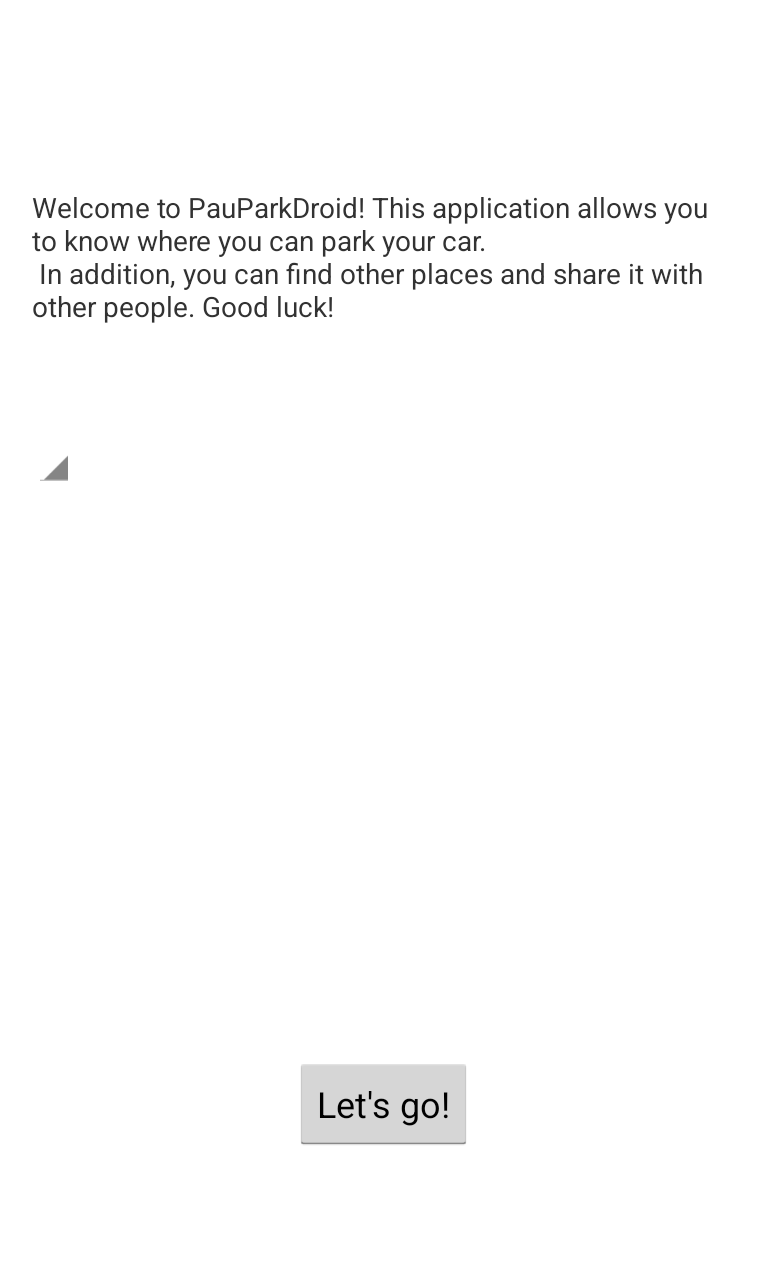
Repository: arrotacon/PauParkAndroid
Layout: PauPark_Workspace/PauParkDroid/res/layout/activity_home.xml
An editor plug-in stored every save of this project. The layout is shown before and after the next save, followed by the edit.
It is drawn on a 768 x 1280 px phone screen (xhdpi) without system bars, with theme AppTheme; the app's code is not run.

Above is the layout before, as saved 2014-12-01 12:14:26.

### PauPark_Workspace/PauParkDroid/res/layout/activity_home.xml
<RelativeLayout xmlns:android="http://schemas.android.com/apk/res/android"
    xmlns:tools="http://schemas.android.com/tools"
    android:layout_width="match_parent"
    android:layout_height="match_parent"
    android:paddingBottom="@dimen/activity_vertical_margin"
    android:paddingLeft="@dimen/activity_horizontal_margin"
    android:paddingRight="@dimen/activity_horizontal_margin"
    android:paddingTop="@dimen/activity_vertical_margin"
    tools:context="fr.univpau.pauparkdroid.Home" >

    <TextView
        android:id="@+id/textView1"
        android:layout_width="wrap_content"
        android:layout_height="wrap_content"
        android:layout_alignParentTop="true"
        android:layout_centerHorizontal="true"
        android:layout_marginTop="78dp"
        android:text="@string/welcome" />

    <Spinner
        android:id="@+id/spinner1"
        android:layout_width="wrap_content"
        android:layout_height="wrap_content"
        android:layout_alignLeft="@+id/textView1"
        android:layout_below="@+id/textView1"
        android:layout_marginTop="50dp" />

    <Button
        android:id="@+id/button1"
        android:layout_width="wrap_content"
        android:layout_height="wrap_content"
        android:layout_alignParentBottom="true"
        android:layout_centerHorizontal="true"
        android:layout_marginBottom="48dp"
        android:text="@string/home_button" />

</RelativeLayout>

### PauPark_Workspace/PauParkDroid/res/values/strings.xml
<?xml version="1.0" encoding="utf-8"?>
<resources>

    <string name="app_name">PauParkDroid</string>
    <string name="title_activity_home">PauParkDroid</string>
    <string name="hello_world">Hello world!</string>
    <string name="action_settings">Settings</string>
    <string name="welcome">Welcome to PauParkDroid! This application allows you to know where you can park your car.\n
        In addition, you can find other places and share it with other people. Good luck!</string>
        <string name="home_button">Let\'s go!</string>

</resources>

Loaded but not shown: PauPark_Workspace/PauParkDroid/res/values/styles.xml (common file); PauPark_Workspace/PauParkDroid/res/values-v11/styles.xml (common file); PauPark_Workspace/PauParkDroid/res/values-v14/styles.xml (common file); PauPark_Workspace/PauParkDroid/res/values/dimens.xml (common file); PauPark_Workspace/PauParkDroid/res/values-w820dp/dimens.xml (common file)

After the next save:
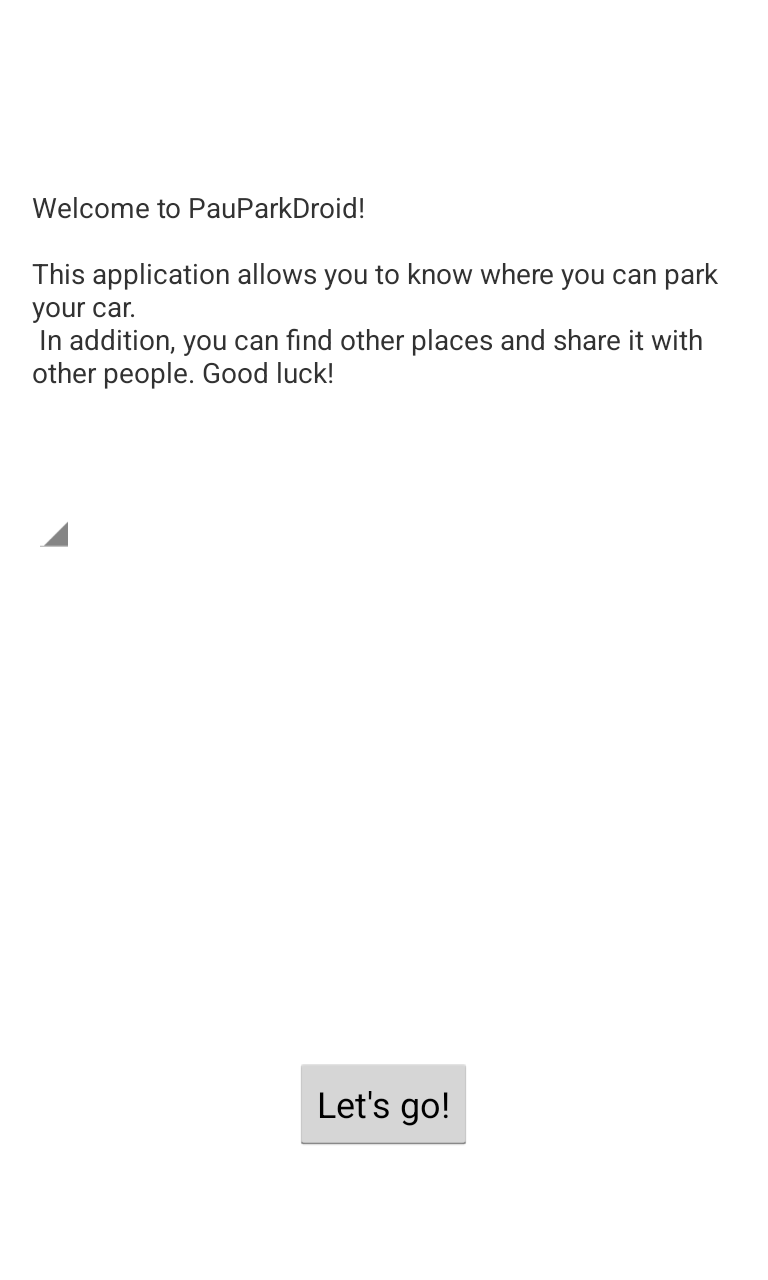
Saved 72 s later.
--- a/PauPark_Workspace/PauParkDroid/res/values/strings.xml
+++ b/PauPark_Workspace/PauParkDroid/res/values/strings.xml
@@ -5,7 +5,7 @@
     <string name="title_activity_home">PauParkDroid</string>
     <string name="hello_world">Hello world!</string>
     <string name="action_settings">Settings</string>
-    <string name="welcome">Welcome to PauParkDroid! This application allows you to know where you can park your car.\n
+    <string name="welcome">Welcome to PauParkDroid!\n\nThis application allows you to know where you can park your car.\n
         In addition, you can find other places and share it with other people. Good luck!</string>
         <string name="home_button">Let\'s go!</string>
 
